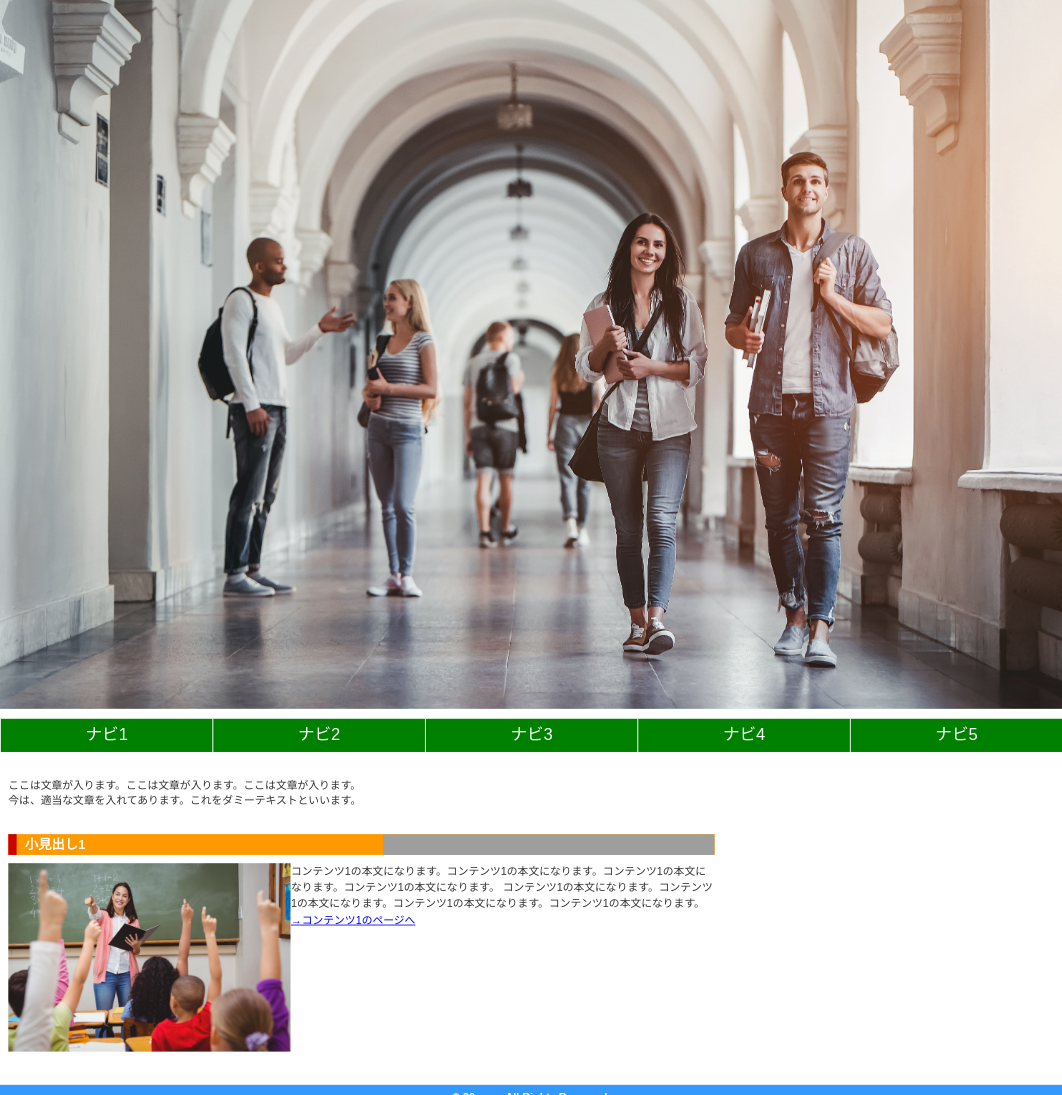
Repository: yuk-i/samurai_HTML-CSS
Page: home.html
The author's editor kept a record of every edit. The page is drawn from the files as they stood at one moment, then again after the next edit.
The browser window is 1280 px wide. The pictures show the whole page, at 83% of full size.
Pictures or frames that could not be fetched are drawn as grey boxes.

Above is the page before.

### home.html
<!DOCTYPE html>
<html lang="ja">
    <head>
        <meta charset="UTF-8">
        <title>HTML/CSSの学習</title>
        <link rel="stylesheet" href="stylesheet.css">
    </head>
    <body>
      <div id="header">
        <h1><a href="index.html"><img id="corridor" src="images/corridor.jpg" alt="大学の廊下" /></a></h1>

      </div>
      <div id="wrapper">
        <div id="nav">
          <ul>
            <li><a href="home.html">ナビ1</a></li>
            <li><a href="#">ナビ2</a></li>
            <li><a href="#">ナビ3</a></li>
            <li><a href="#">ナビ4</a></li>
            <li><a href="#">ナビ5</a></li>
          </ul>
        </div>
        <div id="container">
          <div id="main">
            <div class="post">
              <p>
                ここは文章が入ります。ここは文章が入ります。ここは文章が入ります。
                <br />
                今は、適当な文章を入れてあります。これをダミーテキストといいます。
              </p>
            </div>
            <div class="post clearfix"></div>
              <h2>小見出し1</h2>
              <img class="left" src="images/classroom.jpg" alt="授業風景">
              <p>
                コンテンツ1の本文になります。コンテンツ1の本文になります。コンテンツ1の本文になります。コンテンツ1の本文になります。
                コンテンツ1の本文になります。コンテンツ1の本文になります。コンテンツ1の本文になります。コンテンツ1の本文になります。
              </p>
              <P><a href="#">→コンテンツ1のページへ</a></P>
            <div class="post clearfix"></div>
          </div>
        </div>
      </div>
      <div id="footer">
        <p>&copy; 20xx ○○ All Rights Reserved.</p>
      </div>
    </body>
</html>

### stylesheet.css
@charset "utf-8";

body {
	margin: 0;
	padding: 0;
	font-family: "ヒラギノ角ゴ Pro W3", "Hiragino Kaku Gothic Pro", "メイリオ", Meiryo, Osaka, "ＭＳ Ｐゴシック", "MS PGothic", sans-serif;
	color: #333;
	font-size: 13px;
	line-height: 150%;

}

/* -------------------- wrapper -------------------- */
#wrapper {
	width: 100%;
	margin: auto;
	padding: 0px;
	border: 0px;
	background-color: #FFF;
	top: 10px;
    position: relative;
}

 /* -------------------- header -------------------- */
#header {
    width: 100%;
}
#header h1 {
	 margin: 0;
	 padding: 0;
}

#corridor {
	 width: 100%;
	 height: auto;
}
/* -------------------- footer -------------------- */
#footer {
    clear: both;
    width: 100%;
    padding: 3px 0;
    background: #39F;
    color: #fff;
    font-weight: bold;
    text-align: center;

}

/* -------------------- nav -------------------- */

#nav {
    width: 100%;
}
#nav ul {
    display: flex;
    margin: 0;
    padding: 0;
    list-style-type: none;

}

#nav ul li {
    width: 20%;
    text-align: center;
}

#nav ul li a {
    display: block;
    height: 20px;
    margin: 0;
    padding: 10px;
    color: #FFF;
    font-size: 20px;
    text-decoration: none;
    background-color: green;
    border-left: 1px solid white;

}

#nav ul li a:hover {
    filter: drop-shadow(10px 10px 10px black);
}


/* -------------------- container -------------------- */
#container {
    width: 100%;
    margin: auto;
    padding-top: 20px;
    clear: both;
    display: grid;
    grid-template-columns: 70vw 30vw;
}
/* -------------------- main -------------------- */
#main {

    width: 95%;
    padding: 10px 30px 10px 10px;

}

#main h2 {
    margin-bottom: 10px;
    padding: 3px 10px;
    color: #FFF;
    font-size: 16px;
    border-left: solid 10px #C00;
    background: #F90 url(../images/main_h2.jpg) right top repeat-y;
}

#main p {
    margin: 0;
    padding: 0;
}

#main .post {
    margin-bottom: 30px;
}

#main .post img.left {
    margin-right: 8px;
}
#main .post img.right {
    margin-left: 8px;
}

.left {
    float: left;
    width: 40%;
    height: auto;
}

.right {
    float: right;
    width: 40%;
    height: auto;
}

/* -------------------- clearfix -------------------- */
.clearfix {
    zoom: 1;
}
.clearfix:after {
    content: "";
    display: block;
    clear: both;
}

/*-----------side--------------------------------*/
#side {
    width: 85%;
    padding: 20px;
    background-color: #F99;
}

#side .box {
    margin: 0 auto 30px auto;
    padding-bottom: 20px;
    background: url(images/side_box.png) bottom no-repeat;
}

#side .box h2 {
    margin: 0;
    padding: 8px;
    text-align: center;
    color: #fff;
    font-size: 16px;
    line-height: 16px;
    font-weight: normal;
    background: url(images/side_box_h2.png) center no-repeat;
}

#side .box .boxBody {
    padding: 8px;
    border-right: solid 1px #C36;
    border-bottom: solid 1px #C36;
    border-left: solid 1px #C36;
    background: #fff;

}

#side .box .boxBody ul {
    margin-bottom: 16px;
    padding: 0;

}

#side .box .boxBody ul li {
    padding: 8px 0 8px 4px;
    list-style: none;
    border-bottom: solid 1px #C36;
}

#side .box .boxBody ul li:hover {
    padding: 8px 0 8px 4px;
    list-style: none;
    border-bottom: solid 1px #C36;
    box-shadow: 0px 4px 4px rgba(0, 0, 0, 0.3);
}

After the next edit:
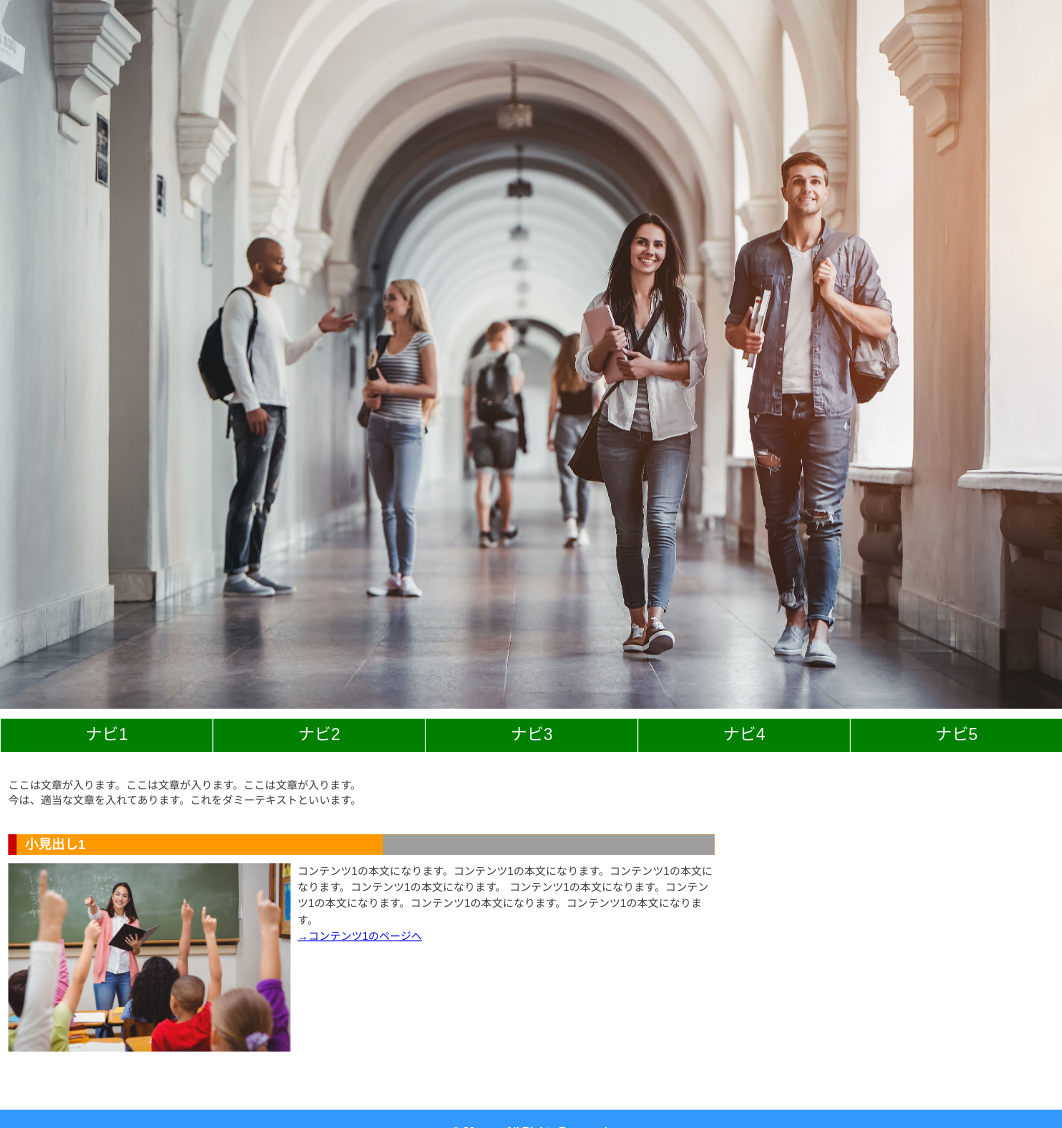
The edit:
--- a/home.html
+++ b/home.html
@@ -29,7 +29,7 @@
                 今は、適当な文章を入れてあります。これをダミーテキストといいます。
               </p>
             </div>
-            <div class="post clearfix"></div>
+            <div class="post clearfix">
               <h2>小見出し1</h2>
               <img class="left" src="images/classroom.jpg" alt="授業風景">
               <p>
